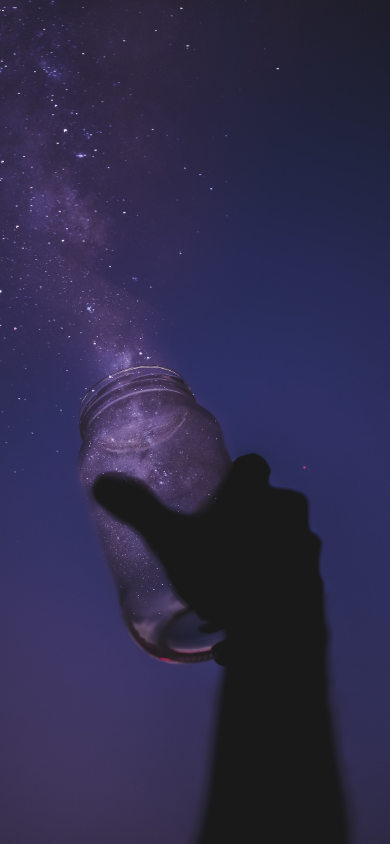
Repository: farrelmuhammad/project-react-native
Screen: /
An editor plug-in stored every save of this project. The screen is shown before and after a run of saves, followed by the edit.
The app was drawn by React Native's web renderer in a window 390 px wide. The project was rebuilt for these pictures with package versions that can differ from the ones it lists, and the page was loaded fresh each time.

Above is the screen before, as saved 2023-01-09 11:52:21.

### App.js
import { StatusBar } from 'expo-status-bar';
import styles from './styles'
import Svg, { Image } from 'react-native-svg';
import { Dimensions, View } from 'react-native';

export default function App() {
  const { height, width } = Dimensions.get('window');

  return (
    <View style={styles.container}>
      <Svg height={height} width={width}>
        <Image
          href={require('./assets/login-background.jpg')}
          width={width}
          height={height}
          preserveAspectRatio="xMidYMid slice"
        />
      </Svg>
    </View>
  );
}

### styles.js
import { StyleSheet, Text, View } from 'react-native';

const styles = StyleSheet.create({
    container: {
        flex: 1,
        justifyContent: 'flex-end',
    },
    button: {
        backgroundColor: 'rgba(255, 255, 255, 0.5)',
    }
});

export default styles;

After the next 2 saves:
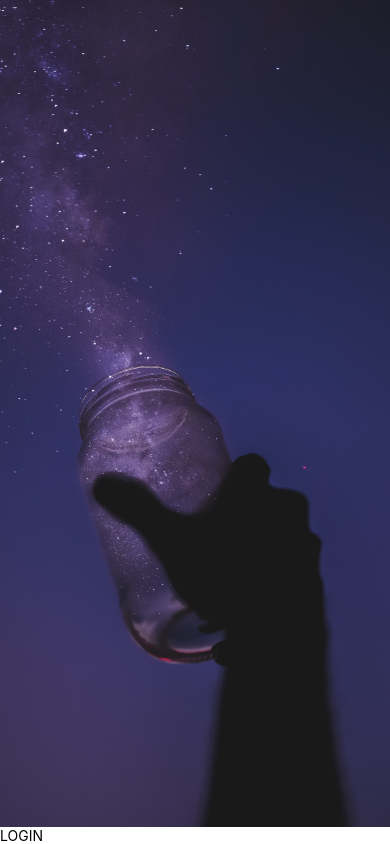
The 2 saves are shown as one change because 1 did not build or start.
The last was saved 10 s later.
--- a/App.js
+++ b/App.js
@@ -1,7 +1,7 @@
 import { StatusBar } from 'expo-status-bar';
 import styles from './styles'
 import Svg, { Image } from 'react-native-svg';
-import { Dimensions, View } from 'react-native';
+import { Dimensions, Text, View } from 'react-native';
 
 export default function App() {
   const { height, width } = Dimensions.get('window');
@@ -16,6 +16,9 @@ export default function App() {
           preserveAspectRatio="xMidYMid slice"
         />
       </Svg>
+      <View style={styles.button}>
+        <Text style={styles.buttonText}>LOGIN</Text>
+      </View>
     </View>
   );
 }
